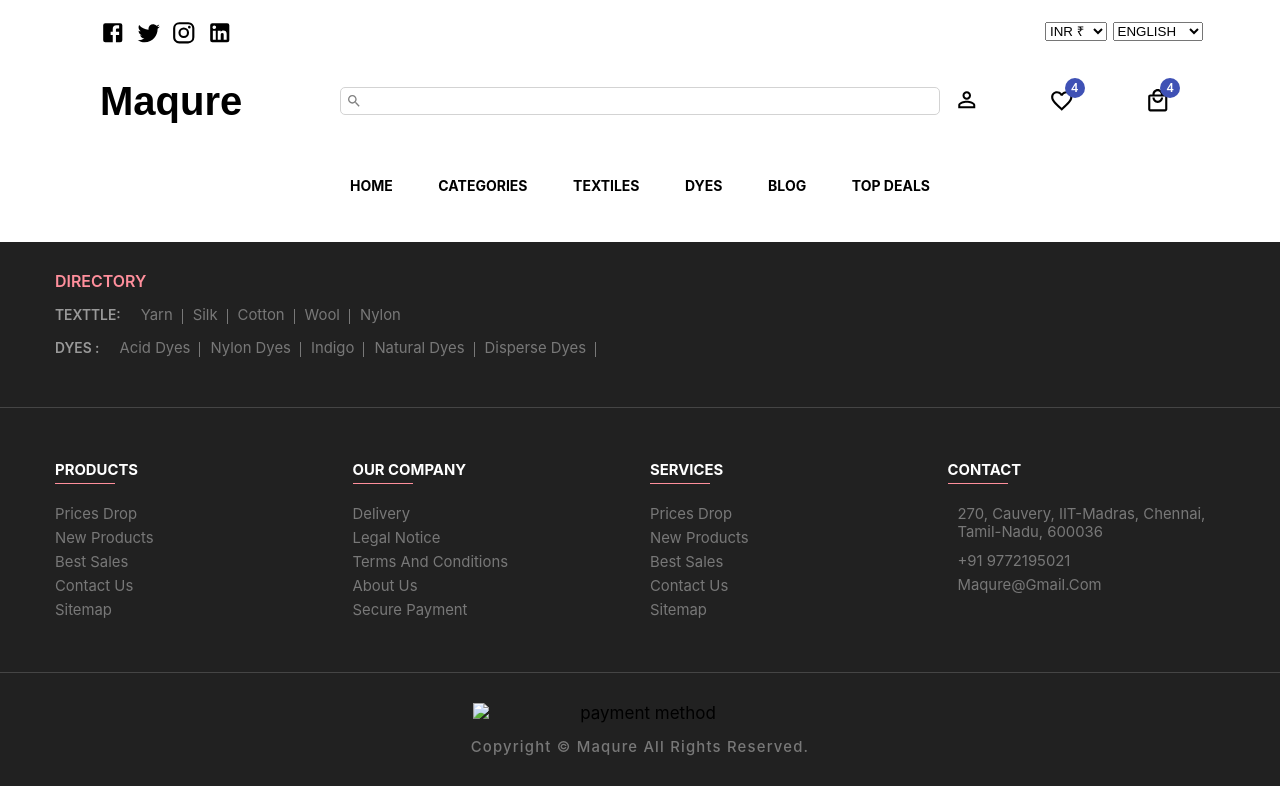
Repository: harshitsingh85420/Maqure
Page: /
The author's editor kept a copy of each file at every save. The page is drawn from the files as they stood at one save, then again after a run of saves.
The browser window is 1280 px wide. The pictures show the whole page.
The project was rebuilt for these pictures with package versions that can differ from the ones it lists, and the page was loaded fresh each time.

Above is the page before, as saved 2022-05-26 07:10:23.
Not found: home/harshit/Documents/Maqure/src/components/Images/payment.png

### src/pages/Home.jsx
import React from 'react'
import Footer from '../components/Footer'
import Header from '../components/Header'
import Header2 from '../components/Header2'
import Navbar from '../components/Navbar'

const Home = () => {
  return (
    <div>
        <Header/>
        <Header2/>
        <Navbar />
        <Footer/>
    </div>
    )
}

export default Home

### src/components/Footer.jsx
import React from 'react'
import './CSS/Footer.css';

function Footer() {
  return (
    <>
<div className="footer">
<div className="footer-category">

<div className="container">

  <h2 className="footer-category-title">Directory</h2>

  <div className="footer-category-box">

    <h3 className="category-box-title">Texttle:</h3>

    <a href="#" className="footer-category-link">Yarn</a>
    <a href="#" className="footer-category-link">Silk</a>
    <a href="#" className="footer-category-link">Cotton</a>
    <a href="#" className="footer-category-link">Wool</a>
    <a href="#" className="footer-category-link">Nylon</a>
  </div>

  <div className="footer-category-box">
    <h3 className="category-box-title">Dyes :</h3>

    <a href="#" className="footer-category-link">Acid Dyes</a>
    <a href="#" className="footer-category-link">Nylon Dyes</a>
    <a href="#" className="footer-category-link">Indigo</a>
    <a href="#" className="footer-category-link">Natural Dyes</a>
    <a href="#" className="footer-category-link">Disperse Dyes</a>
    <a href="#" className="footer-category-link"></a>
  </div>


</div>

</div>

<div className="footer-nav">

<div className="container">


  <ul className="footer-nav-list">

    <li className="footer-nav-item">
      <h2 className="nav-title">Products</h2>
    </li>

    <li className="footer-nav-item">
      <a href="#" className="footer-nav-link">Prices drop</a>
    </li>

    <li className="footer-nav-item">
      <a href="#" className="footer-nav-link">New products</a>
    </li>

    <li className="footer-nav-item">
      <a href="#" className="footer-nav-link">Best sales</a>
    </li>

    <li className="footer-nav-item">
      <a href="#" className="footer-nav-link">Contact us</a>
    </li>

    <li className="footer-nav-item">
      <a href="#" className="footer-nav-link">Sitemap</a>
    </li>

  </ul>

  <ul className="footer-nav-list">

    <li className="footer-nav-item">
      <h2 className="nav-title">Our Company</h2>
    </li>

    <li className="footer-nav-item">
      <a href="#" className="footer-nav-link">Delivery</a>
    </li>

    <li className="footer-nav-item">
      <a href="#" className="footer-nav-link">Legal Notice</a>
    </li>

    <li className="footer-nav-item">
      <a href="#" className="footer-nav-link">Terms and conditions</a>
    </li>

    <li className="footer-nav-item">
      <a href="#" className="footer-nav-link">About us</a>
    </li>

    <li className="footer-nav-item">
      <a href="#" className="footer-nav-link">Secure payment</a>
    </li>

  </ul>

  <ul className="footer-nav-list">

    <li className="footer-nav-item">
      <h2 className="nav-title">Services</h2>
    </li>

    <li className="footer-nav-item">
      <a href="#" className="footer-nav-link">Prices drop</a>
    </li>

    <li className="footer-nav-item">
      <a href="#" className="footer-nav-link">New products</a>
    </li>

    <li className="footer-nav-item">
      <a href="#" className="footer-nav-link">Best sales</a>
    </li>

    <li className="footer-nav-item">
      <a href="#" className="footer-nav-link">Contact us</a>
    </li>

    <li className="footer-nav-item">
      <a href="#" className="footer-nav-link">Sitemap</a>
    </li>

  </ul>

  <ul className="footer-nav-list">

    <li className="footer-nav-item">
      <h2 className="nav-title">Contact</h2>
    </li>

    <li className="footer-nav-item flex">
      <div className="icon-box">
        <ion-icon name="location-outline"></ion-icon>
      </div>

      <address className="content">
        270, Cauvery, IIT-Madras,
        Chennai, Tamil-Nadu,
        600036

      </address>
    </li>

    <li className="footer-nav-item flex">
      <div className="icon-box">
        <ion-icon name="call-outline"></ion-icon>
      </div>

      <a href="tel:+607936-8058" className="footer-nav-link">+91 9772195021</a>
    </li>

    <li className="footer-nav-item flex">
      <div className="icon-box">
        <ion-icon name="mail-outline"></ion-icon>
      </div>

      <a href="mailto:example@gmail.com" className="footer-nav-link">maqure@gmail.com</a>
    </li>

  </ul>

  <ul className="footer-nav-list">

    <li className="footer-nav-item">
      <h2 className="nav-title">Follow Us</h2>
    </li>

    <li>
      <ul className="social-link">

        <li className="footer-nav-item">
          <a href="#" className="footer-nav-link">
            <ion-icon name="logo-facebook"></ion-icon>
          </a>
        </li>

        <li className="footer-nav-item">
          <a href="#" className="footer-nav-link">
            <ion-icon name="logo-twitter"></ion-icon>
          </a>
        </li>

        <li className="footer-nav-item">
          <a href="#" className="footer-nav-link">
            <ion-icon name="logo-linkedin"></ion-icon>
          </a>
        </li>

        <li className="footer-nav-item">
          <a href="#" className="footer-nav-link">
            <ion-icon name="logo-instagram"></ion-icon>
          </a>
        </li>

      </ul>
    </li>

  </ul>

</div>

</div>

<div className="footer-bottom">

<div className="container">

  <img src="/home/harshit/Documents/Maqure/src/components/Images/payment.png" alt="payment method" className="payment-img"/>

  <p className="copyright">
    Copyright &copy; <a href="#">Maqure</a> all rights reserved.
  </p>

</div>

</div>
</div>
    </>
  )
}

export default Footer

### src/components/Header.jsx
import React from 'react'
import styled from 'styled-components'
import { Twitter, Instagram, LinkedIn, Facebook } from '@material-ui/icons';

const Container = styled.div`

`;
const Wrapper = styled.div`
    padding: 20px 100px;
    display: flex;
    justify-content: space-between;
`;
const Left = styled.div`
    flex: 1;
    display: flex;
    align-items: center;
`;
const MenuItem = styled.div`
font-size: 14px;
cursor: pointer;
margin-right: 10px;
`;

const Center = styled.div`
    flex: 2;
`;
const Right = styled.div`
    flex: 1;
    display: flex;
  align-items: center;
  justify-content: flex-end;
`;
const Money = styled.div`
    width: 25%;
    height: 100%;
    align-items: center;
`;
const Language = styled.div`
   width: 25%;
   height: 100%;
   align-items: center;
`;

const Header = () => {

  return (
    <Container>
    <Wrapper>
        <Left>
        <MenuItem>
          <Facebook/>
        </MenuItem>
        <MenuItem>
          <Twitter />
        </MenuItem>
        <MenuItem>
          <Instagram />
        </MenuItem>
        <MenuItem>
          <LinkedIn />
        </MenuItem>
        </Left>
        <Center>
        </Center>
        <Right>
        <Money>
          <select>
          <option>INR ₹</option>
          <option>USD $</option>
          </select>
          </Money>
          <Language>
          <select><option>ENGLISH</option>
          <option>ESPAÑOL</option>
          <option>FRANÇAIS</option>
          </select>
          </Language>
        </Right>
    </Wrapper>
    </Container>
  )
}

export default Header

### src/components/Header2.jsx
import { Search, FavoriteBorderOutlined, PersonOutlineOutlined, LocalMallOutlined  } from '@material-ui/icons';
import { Badge } from "@material-ui/core";
import React from 'react';
import styled from 'styled-components';


const Container = styled.div`
height: 60px;
`;
const Wrapper = styled.div`
  padding: 10px 40px;
  display: flex;
  align-items: center;
  justify-content: space-between;
`;
const Left = styled.div`
  flex: 1;
  display: flex;
  align-items: center;
`;
const Logo = styled.div`
font-weight: bold;
font-size: 40px;
font-family: "Poppins", sans-serif;
display: flex;
cursor: pointer;
margin-left: 60px;
`;
const Center = styled.div`
  flex: 2;
  display: flex;
`;
const SearchContainer = styled.div`
  border: 0.5px solid lightgray;
  display: flex;
  align-items: center;
  padding: 5px;
  width: 100%;
  border-radius: 5px;
  &:hover{
    border-color: black;
  }
`;
const Input = styled.div`
  border: none;
`;
const Right = styled.div`
  flex: 1;
  display: flex;
  align-items: center;
  justify-content: flex-end;
`;
const MenuItem = styled.div`
font-size: 14px;
cursor: pointer;
margin-right: 70px;
height: 100%;
`;

const Header2 = () => {
  return (
    <Container>
    <Wrapper>
        <Left><Logo>Maqure</Logo></Left>
        <Center>
          <SearchContainer>
          <Input placeholder="Search..." />
          <Search style={{ color: "gray", fontSize: 16 }}/>
          </SearchContainer>
        </Center>
        <Right>
          <MenuItem>
            <PersonOutlineOutlined />
          </MenuItem>
          <MenuItem>
            <Badge badgeContent={4} color="primary">
            <FavoriteBorderOutlined />
            </Badge>
          </MenuItem>
          <MenuItem>
            <Badge badgeContent={4} color="primary">
            <LocalMallOutlined/>
            </Badge>
          </MenuItem>
        </Right>
    </Wrapper>
    </Container>
  )
}

export default Header2

### src/components/Navbar.jsx
import React from 'react'
import styled from 'styled-components'

const Container = styled.div`
`;
const Wrapper = styled.div`
  padding: 30px 40px;
  display: flex;
  align-items: center;
  justify-content: space-between;
  margin-left: 300px;
  margin-right: 300px;
  list-style: none;
display: flex;
a {
  padding: 18px 10px;
  color: black;
  &:hover {
      color: red;
  }
  font-size: 14px;
  font-weight: bold;
  text-decoration: none;
}
`;

const Navbar = () => {
  return (
    <Container>
        <Wrapper>
      <a href="google.com">HOME</a>
      <a href="google.com">CATEGORIES</a>
      <a href="google.com">TEXTILES</a>
      <a href="google.com">DYES</a>
      <a href="google.com">BLOG</a>
      <a href="google.com">TOP DEALS</a>
        </Wrapper>
    </Container>
  )
}

export default Navbar

Loaded but not shown: public/index.html (common file); src/index.js (common file); src/index.css (common file); src/App.js (common file); src/reportWebVitals.js (common file); src/components/CSS/Footer.css (2625 lines, source omitted)

After the next 3 saves:
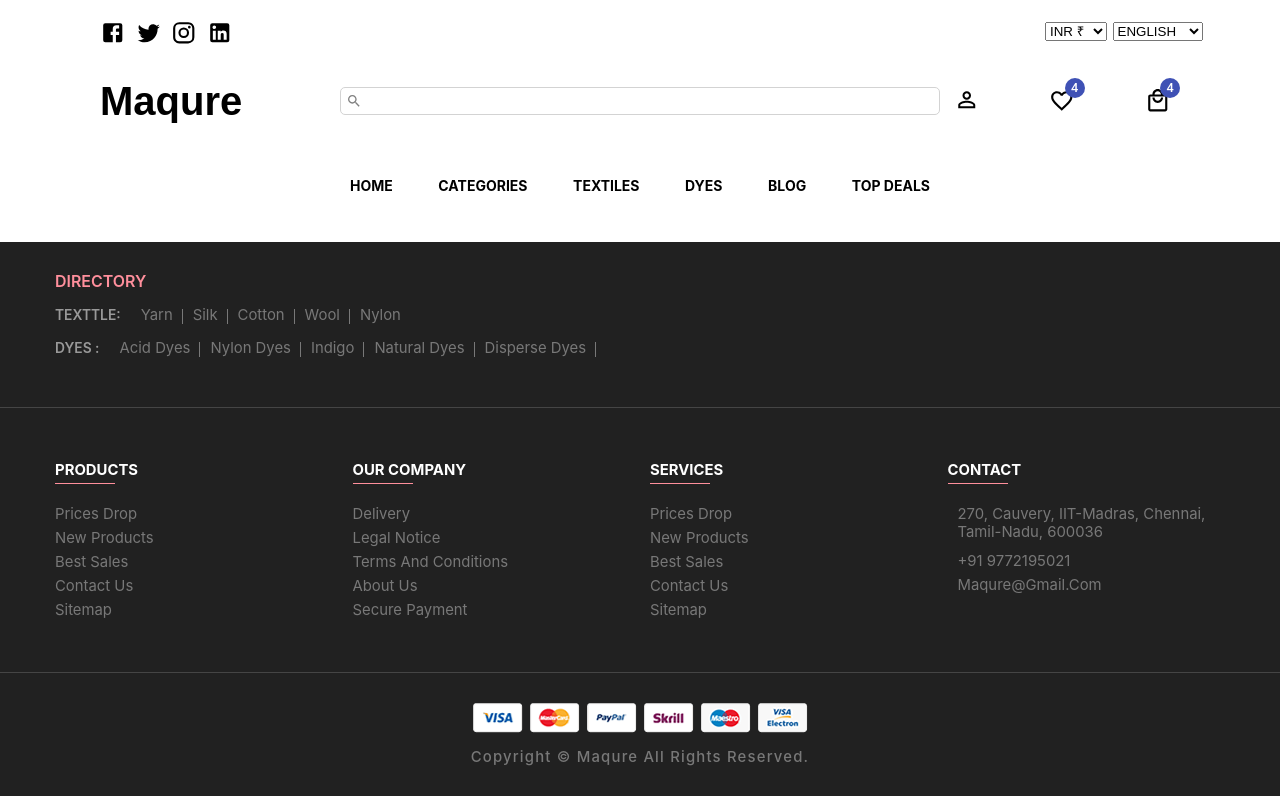
The 3 saves are shown as one change because they came seconds apart.
The last was saved 46 s later.
--- a/src/components/Footer.jsx
+++ b/src/components/Footer.jsx
@@ -210,7 +210,7 @@
 
 <div className="container">
 
-  <img src="/home/harshit/Documents/Maqure/src/components/Images/payment.png" alt="payment method" className="payment-img"/>
+  <img src=".\Images\payment.png" alt="payment method" className="payment-img"/>
 
   <p className="copyright">
     Copyright &copy; <a href="#">Maqure</a> all rights reserved.
